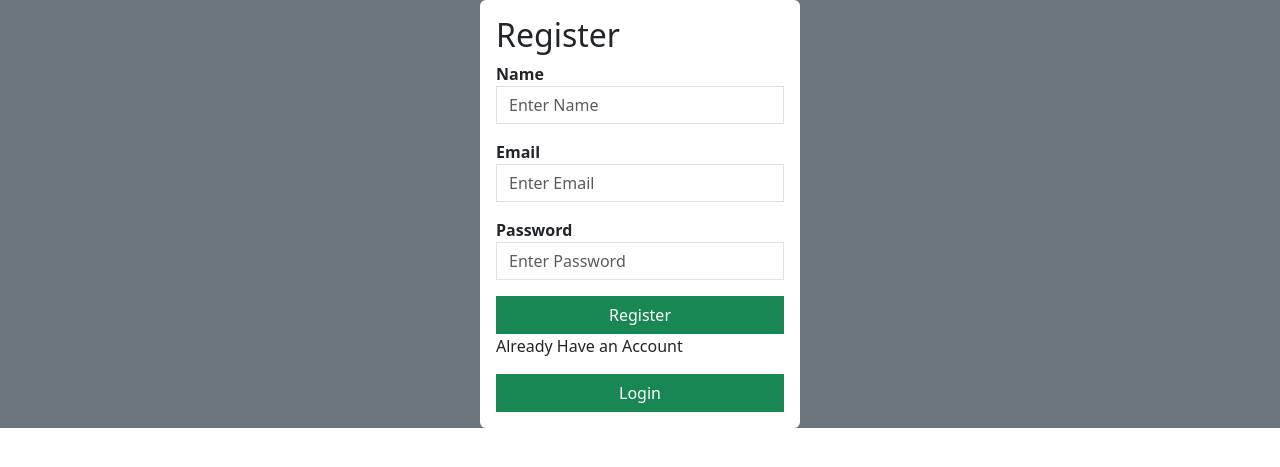
Repository: kapucuonur/LOGIN_REGISTER
Page: /register (app in client/)
The author's editor kept a copy of each file at every save. The page is drawn from the files as they stood at one save, then again after the next save.
The browser window is 1280 px wide. The pictures show the whole page.
The project was rebuilt for these pictures with package versions that can differ from the ones it lists, and the page was loaded fresh each time. Also part of the build but not shown: client/vite.config.js, client/src/Login.jsx, client/src/Home.jsx.

Above is the page before, as saved 2024-11-20 23:21:22.

After the next save:
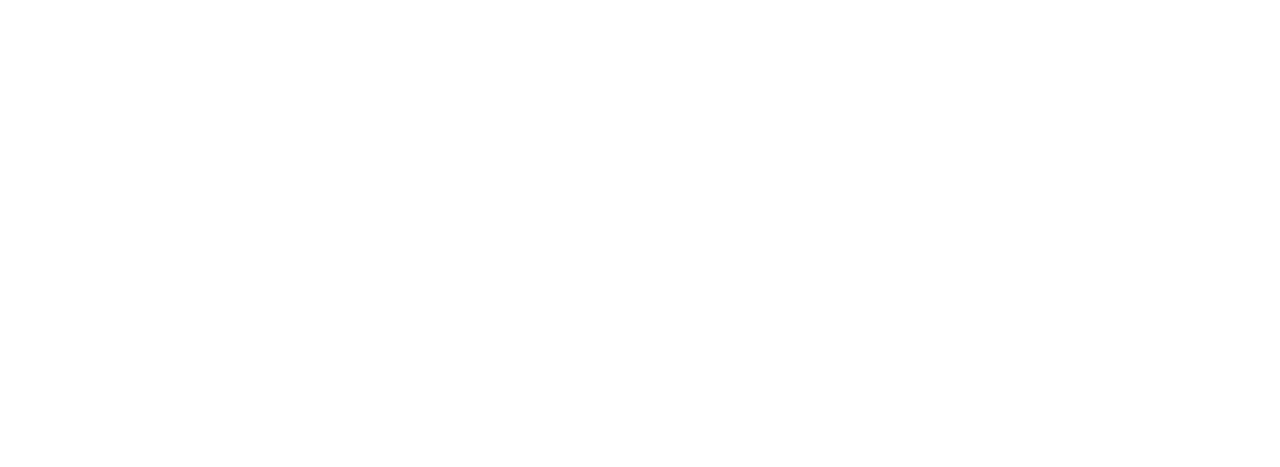
Console error: ReferenceError: Parent is not defined
Saved 52 s later.
--- a/client/src/App.jsx
+++ b/client/src/App.jsx
@@ -26,7 +26,9 @@
             <BrowserRouter>
 
                 <Routes>
-
+                <Route path="parent/*" element={<Parent />}>
+  <Route path="child/*" element={<Child />} />
+</Route>
                     <Route path="/register" element={<Signup />} />
                     <Route path="/login" element={<Login />} />
                     <Route path="/home" element={<Home />} />

After the save that followed:
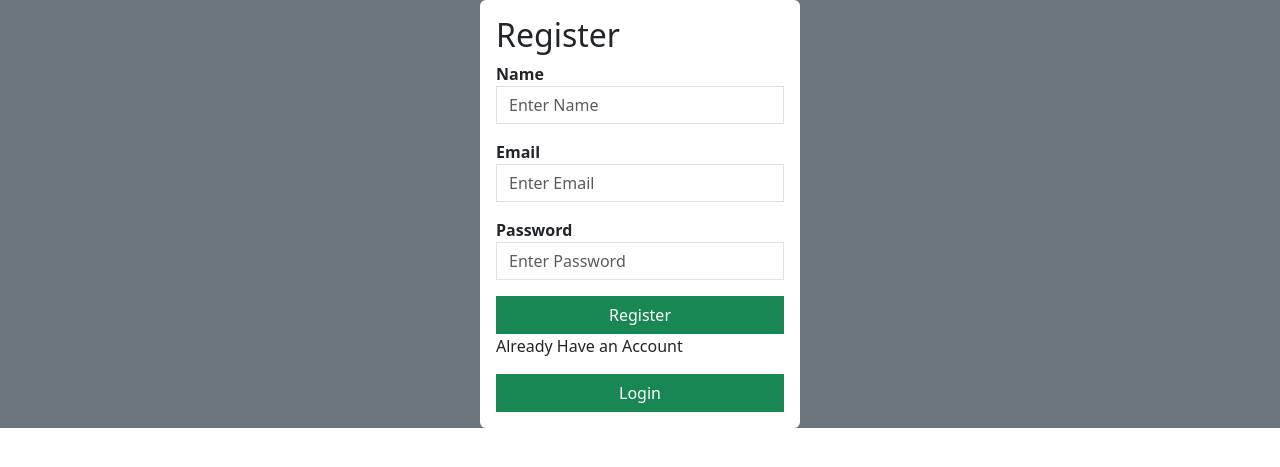
The error is gone.
Saved 20 s later.
--- a/client/src/App.jsx
+++ b/client/src/App.jsx
@@ -26,9 +26,7 @@
             <BrowserRouter>
 
                 <Routes>
-                <Route path="parent/*" element={<Parent />}>
-  <Route path="child/*" element={<Child />} />
-</Route>
+
                     <Route path="/register" element={<Signup />} />
                     <Route path="/login" element={<Login />} />
                     <Route path="/home" element={<Home />} />
